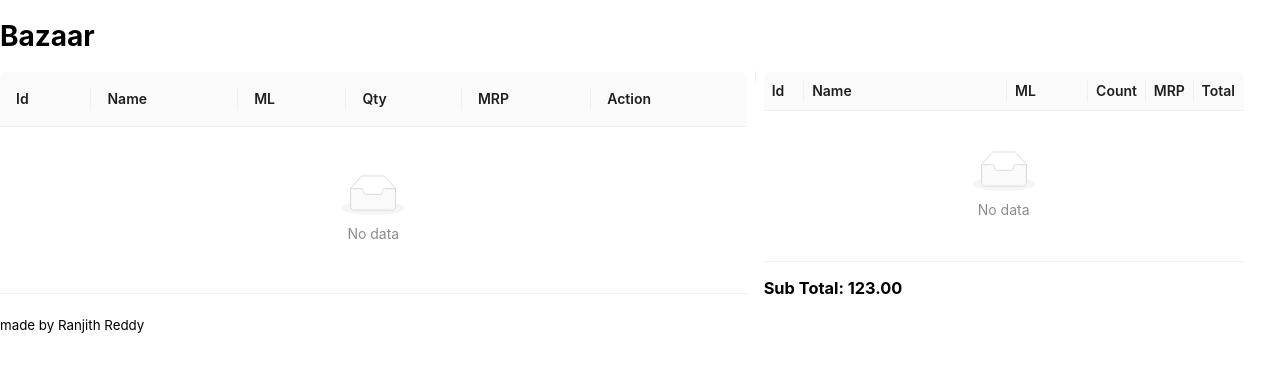
Repository: rxg8255/bazaar
Page: /
These files come from the project's save history. The page is drawn as it stood at one moment and after the next save; the edit follows.
The browser window is 1280 px wide. The pictures show the whole page.
The page's requests for data from a server got no answer. The project was rebuilt for these pictures with package versions that can differ from the ones it lists, and the page was loaded fresh each time. No one was signed in, and anything a server would have sent is missing. Also part of the build but not shown: src/App.css.

Above is the page before, as saved 2024-01-27 23:15:13.

### src/App.js
import Cart from "./Cart";
import "./App.css";
import Product from "./Products";
import { Row, Col, Divider } from "antd";
import React, { useState } from "react";

function App() {
  const [cartData, setCartData] = useState(null);

  const handleData = (data) => {
    setCartData(data);
    console.log(data);
  };

  const addData = (data) => {
    cartData.forEach((c) => {
      if (c === data) {
        c.count += 1;
      }
    });
    setCartData(data);
    console.log(data);
  };

  const delData = (data) => {
    cartData.forEach((c) => {
      if (c === data) {
        c.count += 1;
      }
    });
    setCartData(data);
    console.log(data);
  };

  return (
    <div className="container">
      <Row>
        <Col span={24}>
          <h1>Bazaar</h1>
        </Col>
      </Row>
      <Row>
        <Col span={14}>
          <Product cartData={cartData} onData={addData} />
        </Col>
        <Divider type="vertical" />
        {/* <Col span={1}></Col> */}
        <Col span={9}>
          <Cart cartData={cartData} />
        </Col>
      </Row>
      <footer>
        <small>made by Ranjith Reddy</small>
      </footer>
    </div>
  );
}

export default App;

### src/Cart.js
import React, { useState, useEffect, useRef } from "react";
import { Table } from "antd";

function Cart(cartListData) {
  const columns = [
    {
      title: "Id",
      dataIndex: "key",
      width: 40,
      fixed: "left",
    },
    {
      title: "Name",
      dataIndex: "name",
      width: 200,
      fixed: "left",
    },
    {
      title: "ML",
      dataIndex: "quantity",
      width: 80,
      fixed: "left",
    },
    {
      title: "Count",
      dataIndex: "count",
      width: 40,
      fixed: "left",
    },
    {
      title: "MRP",
      dataIndex: "mrp_price",
      width: 40,
      fixed: "left",
    },
    {
      title: "Total",
      dataIndex: "total_price",
      width: 40,
      fixed: "left",
    },
  ];

  const [cartState, setCartState] = useState([]);
  const prevRef = useRef();
  useEffect(() => {
    setCartState(cartListData);
    prevRef.current = cartState;
  }, [cartListData, cartState]);

  const prev = prevRef.current;

  useEffect(() => {
    // Compare the previous state with the current state
    if (prev !== cartState) {
      // Perform some changes based on the state change
      console.log("State changed from", prev, "to", cartState);
      // Optionally, you can update the state again to trigger a re-render
      setCartState(cartState);
    }
  }, [cartState, prev]); // Pass the state and prev as dependencies

  return (
    <div>
      <Table columns={columns} dataSource={cartState.cartData} size="small" />
      <h3>Sub Total: 123.00</h3>
    </div>
  );
}

export default Cart;

### src/Products.js
import React, { useState, useEffect } from "react";
import axios from "axios";
import { Table, Button } from "antd";

function Product(props) {
  const columns = [
    {
      title: "Id",
      dataIndex: "key",
    },
    {
      title: "Name",
      dataIndex: "name",
    },
    {
      title: "ML",
      dataIndex: "quantity",
    },
    {
      title: "Qty",
      dataIndex: "available",
    },
    {
      title: "MRP",
      dataIndex: "mrp_price",
    },
    {
      title: "Action",
      key: "action",
      render: (text, record, index) => (
        <Button onClick={() => handleButtonClick(record)}>Click Me</Button>
      ),
    },
  ];

  const [data, setData] = useState([]);

  const handleButtonClick = (record) => {
    console.log("You clicked the button with data", record);
  };

  useEffect(() => {
    const fetchData = async () => {
      // Try to get the data from the API endpoint
      try {
        // Use axios.get to make a GET request with the URL
        const response = await axios.get(
          "http://127.0.0.1:8000/api/inventory/"
        );
        // Set the data state with the response data
        setData(response.data);
      } catch (error) {
        console.error(error);
      }
    };
    fetchData();
  }, []);

  return (
    <div>
      <Table columns={columns} dataSource={data} />
    </div>
  );
}

export default Product;

Loaded but not shown: public/index.html (common file); src/index.js (common file); src/index.css (common file); src/reportWebVitals.js (common file)

After the next save:
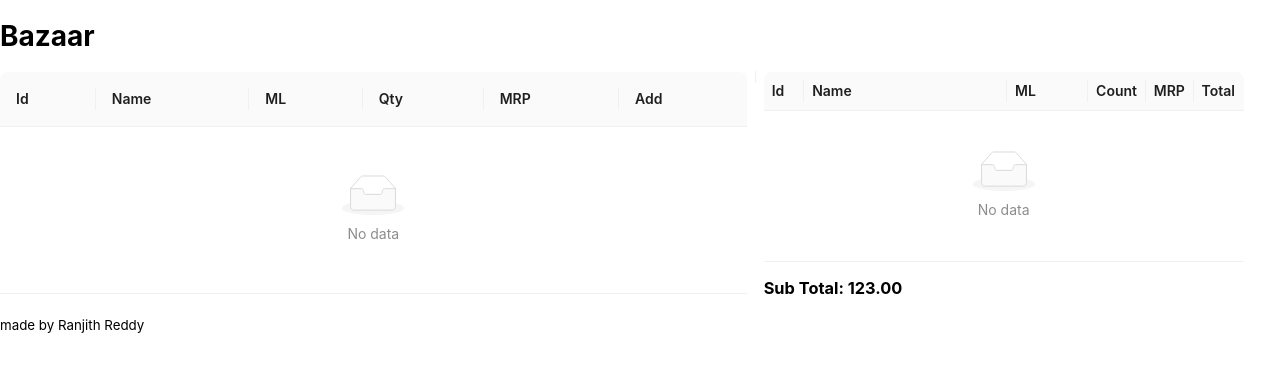
Saved 58 s later.
--- a/src/Products.js
+++ b/src/Products.js
@@ -25,7 +25,7 @@
       dataIndex: "mrp_price",
     },
     {
-      title: "Action",
+      title: "Add",
       key: "action",
       render: (text, record, index) => (
         <Button onClick={() => handleButtonClick(record)}>Click Me</Button>

After the save that followed:
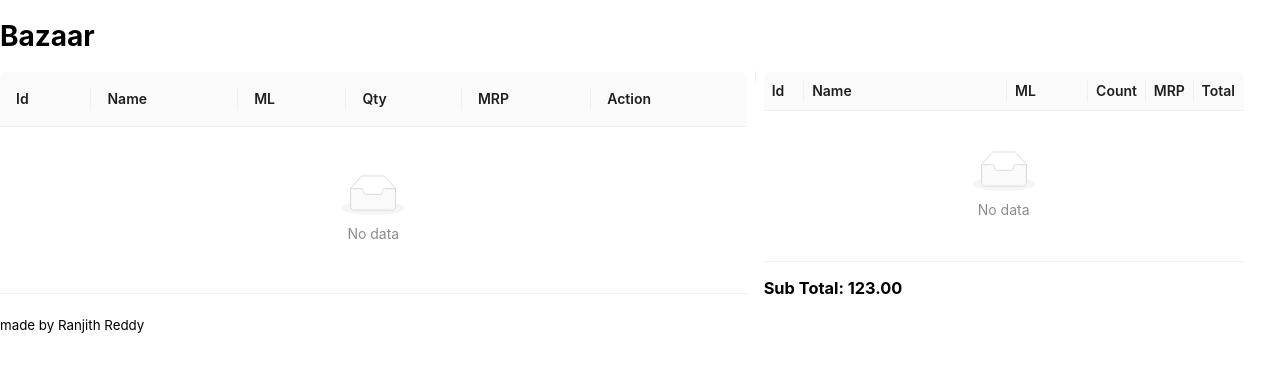
Saved 8 s later.
--- a/src/Products.js
+++ b/src/Products.js
@@ -25,7 +25,7 @@
       dataIndex: "mrp_price",
     },
     {
-      title: "Add",
+      title: "Action",
       key: "action",
       render: (text, record, index) => (
         <Button onClick={() => handleButtonClick(record)}>Click Me</Button>
